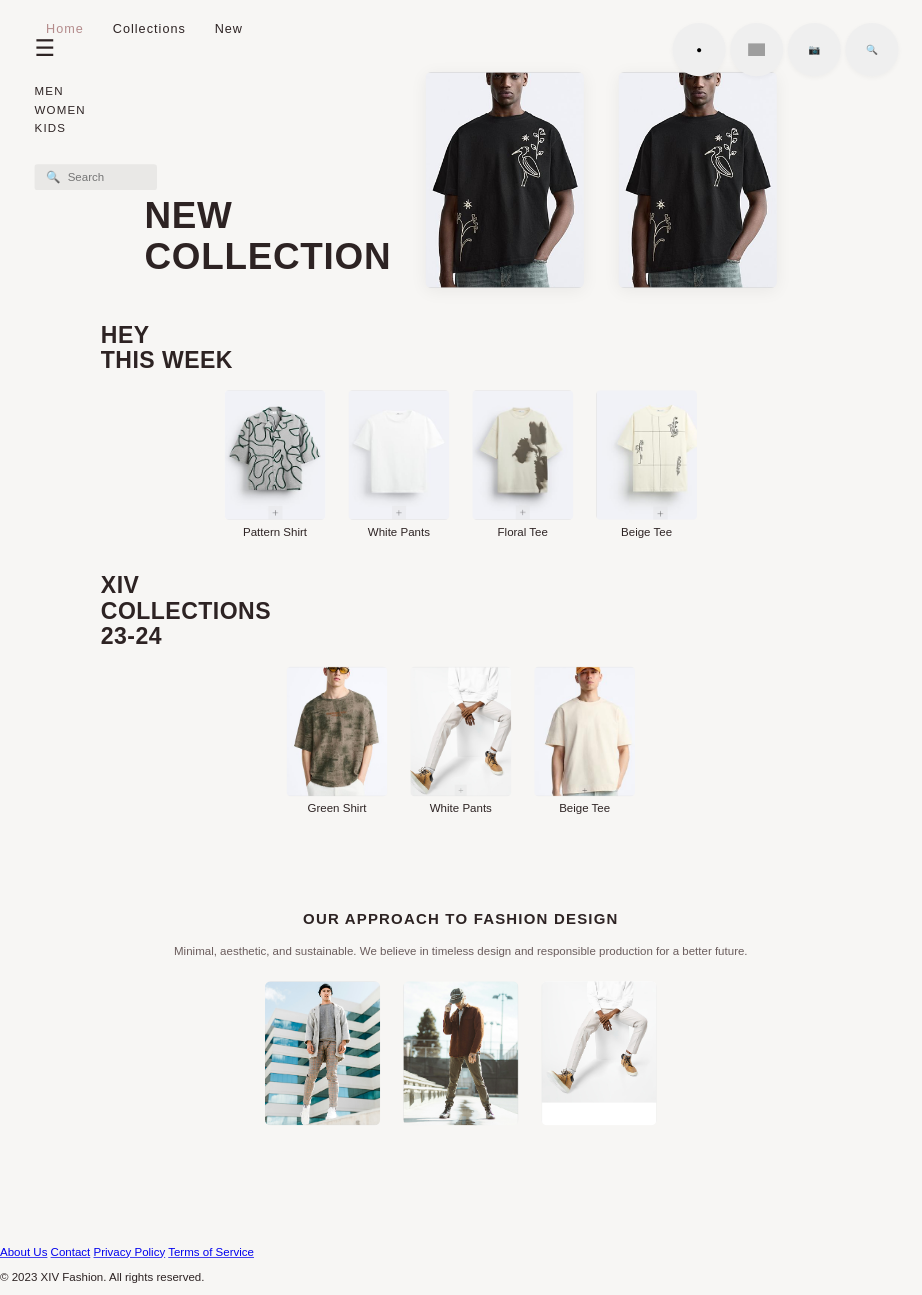
Repository: Diegoms0595/retail-dashboard-app
Page: index.html
These files come from the project's save history. The page is drawn as it stood at one moment and after the next save; the edit follows.
The browser window is 1280 px wide. The pictures show the whole page, at 72% of full size.
Pictures or frames that could not be fetched are drawn as grey boxes.

Above is the page before, as saved 2025-06-18 20:06:49.

After the next save:
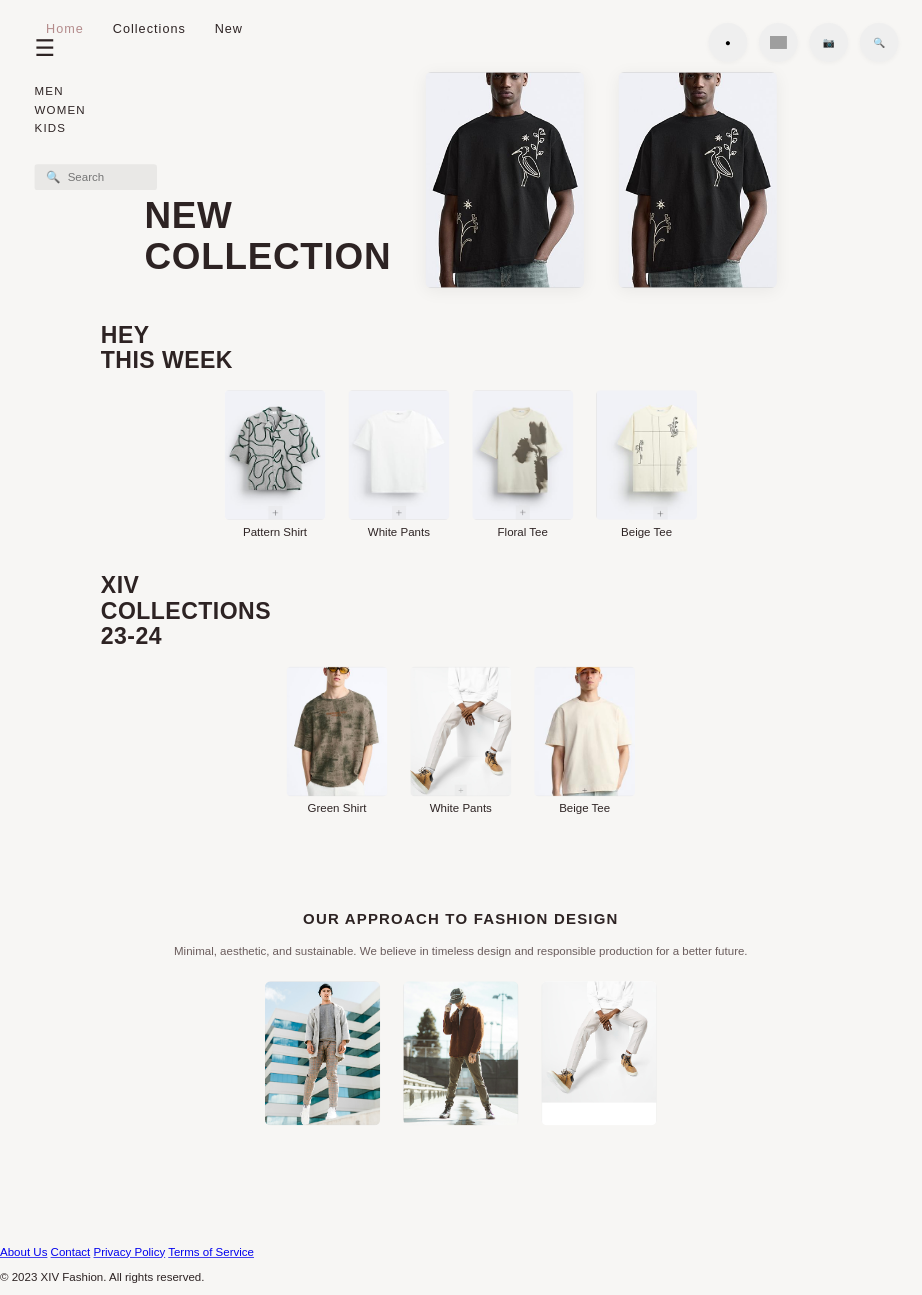
Saved 15 s later.
--- a/style.css
+++ b/style.css
@@ -52,7 +52,7 @@ nav a:hover {
 }
 .top-icons {
   display: flex;
-  gap: 6px;
+  gap: 16px;
   align-items: center;
   position: absolute;
   top: 32px;
@@ -61,8 +61,8 @@ nav a:hover {
 }
 
 .icon-btn {
-  width: 74px;
-  height: 74px;
+  width: 54px;
+  height: 54px;
   display: flex;
   align-items: center;
   justify-content: center;
